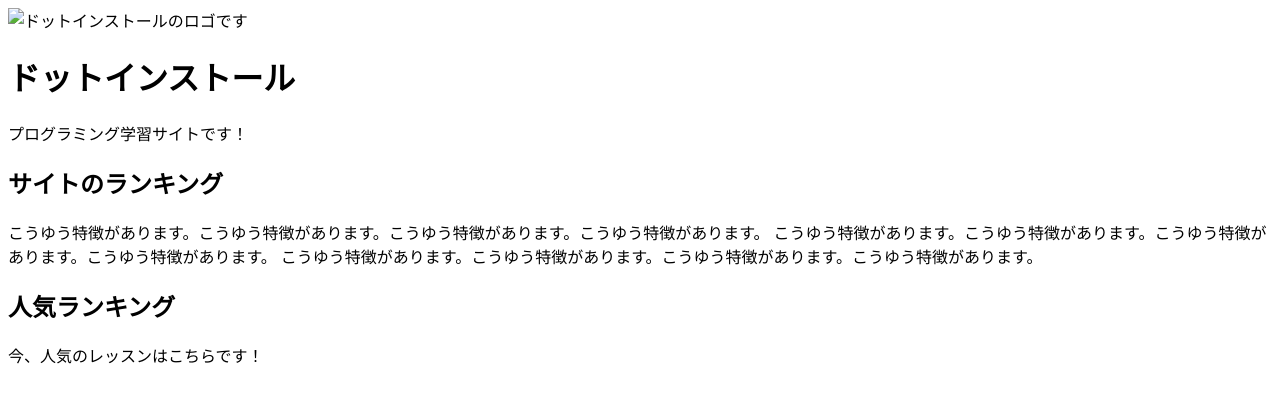
Repository: kojimayu/dotinstall-html
Page: index.html
The author's editor kept a copy of each file at every save. The page is drawn from the files as they stood at one save, then again after the next save.
The browser window is 1280 px wide. The pictures show the whole page.

Above is the page before, as saved 2019-04-04 14:41:06.
Not found: img.log.png

After the next save:
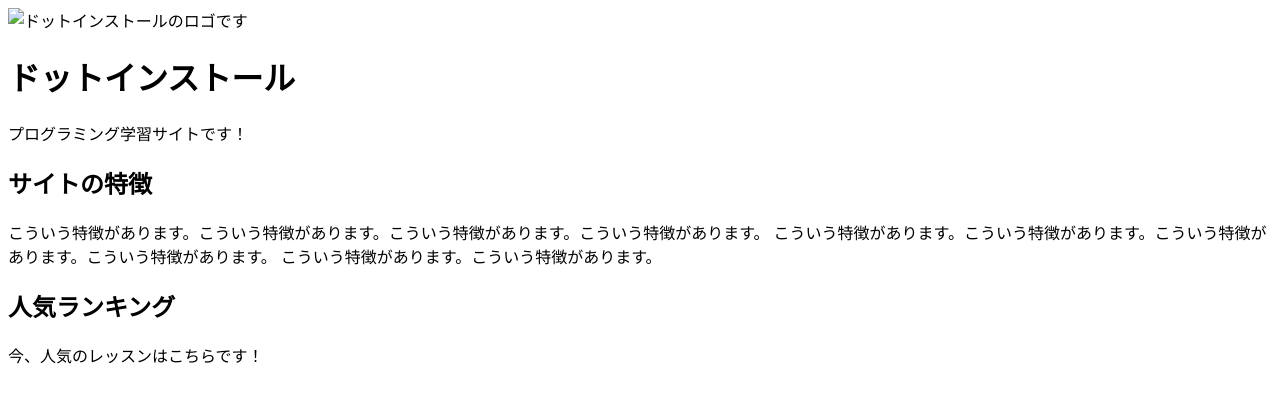
Saved 70 s later.
--- a/index.html
+++ b/index.html
@@ -1,5 +1,6 @@
 <!DOCTYPE html>
 <html lang="ja">
+
 <head>
     <meta charset="UTF-8">
     <title>ドットインストール</title>
@@ -12,10 +13,10 @@
     <h1>ドットインストール</h1>
     <p>プログラミング学習サイトです！</p>
 
-    <h2>サイトのランキング</h2>
-    <p>こうゆう特徴があります。こうゆう特徴があります。こうゆう特徴があります。こうゆう特徴があります。
-        こうゆう特徴があります。こうゆう特徴があります。こうゆう特徴があります。こうゆう特徴があります。
-        こうゆう特徴があります。こうゆう特徴があります。こうゆう特徴があります。こうゆう特徴があります。
+    <h2>サイトの特徴</h2>
+    <p>こういう特徴があります。こういう特徴があります。こういう特徴があります。こういう特徴があります。
+        こういう特徴があります。こういう特徴があります。こういう特徴があります。こういう特徴があります。
+        こういう特徴があります。こういう特徴があります。
     </p>
 
     <h2>人気ランキング</h2>
